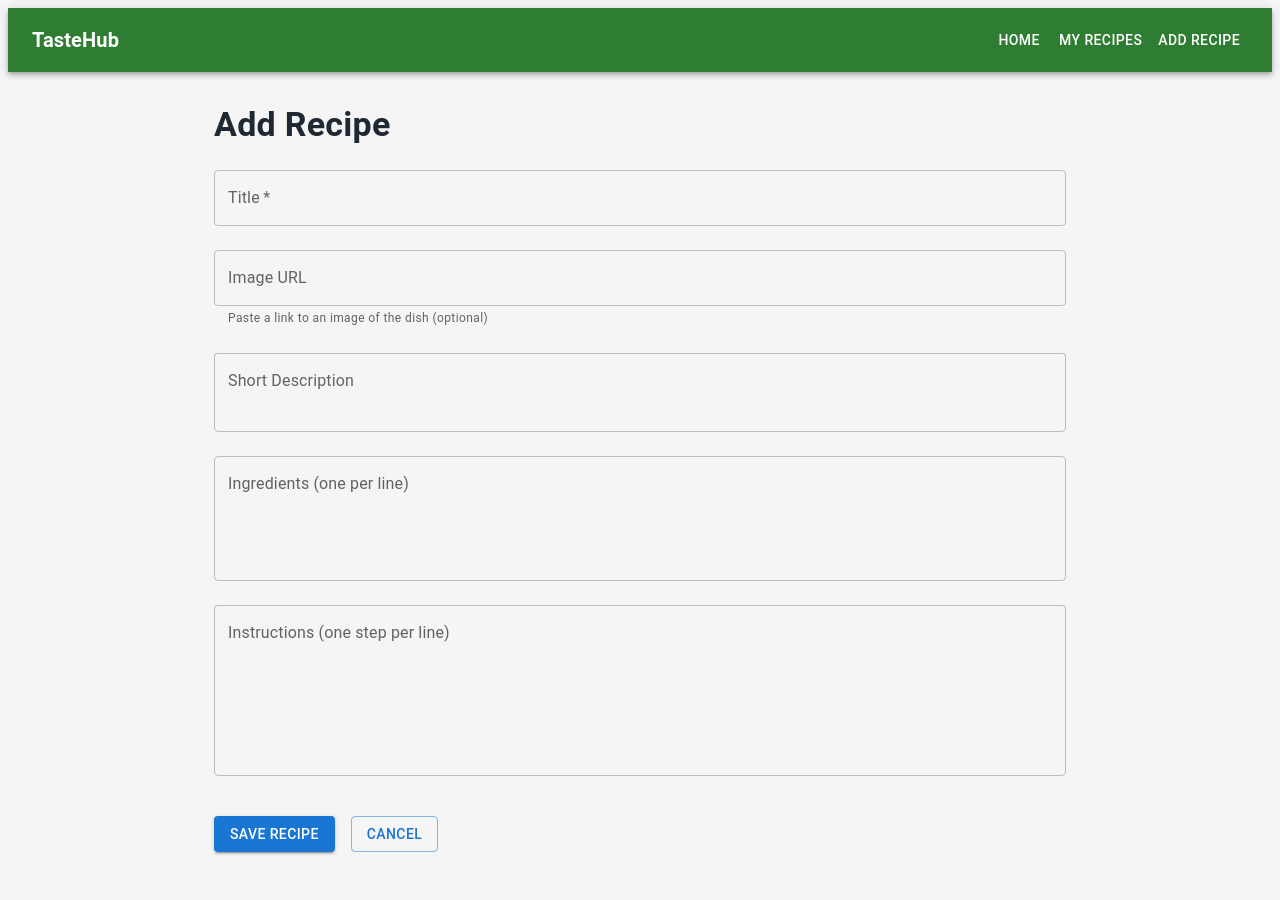
Repository: PabloVega7/TasteHub-Milestone03
Page: /add-recipe
An editor plug-in stored every save of this project. The page is shown before and after the next save, followed by the edit.
The browser window is 1280 px wide. The pictures show the whole page.
The project was rebuilt for these pictures with package versions that can differ from the ones it lists, and the page was loaded fresh each time. Also part of the build but not shown: vite.config.js, src/components/RecipeCard.jsx, src/pages/Home.jsx, src/pages/RecipeDetails.jsx, src/pages/MyRecipes.jsx, src/pages/EditRecipe.jsx.

Above is the page before, as saved 2025-11-29 14:22:26.

### index.html
<!doctype html>
<html lang="en">
  <head>
    <meta charset="UTF-8" />
    <link rel="icon" type="image/svg+xml" href="/vite.svg" />
    <meta name="viewport" content="width=device-width, initial-scale=1.0" />
    <title>tastehub</title>
  </head>
  <body>
    <div id="root"></div>
    <script type="module" src="/src/main.jsx"></script>
  </body>
</html>

### src/App.jsx
// src/App.jsx
import { BrowserRouter as Router, Routes, Route } from "react-router-dom";
import Navbar from "./components/Navbar";
import Home from "./pages/Home";
import RecipeDetails from "./pages/RecipeDetails";
import MyRecipes from "./pages/MyRecipes";
import AddRecipe from "./pages/AddRecipe";
import EditRecipe from "./pages/EditRecipe";
import { RecipesProvider } from "./context/RecipesContext";

function App() {
  return (
    <RecipesProvider>
      <Router>
        <Navbar />
        <Routes>
          <Route path="/" element={<Home />} />
          <Route path="/recipe/:id" element={<RecipeDetails />} />
          <Route path="/my-recipes" element={<MyRecipes />} />
          <Route path="/add-recipe" element={<AddRecipe />} />
          <Route path="/edit-recipe/:id" element={<EditRecipe />} />
        </Routes>
      </Router>
    </RecipesProvider>
  );
}

export default App;

### src/index.css
:root {
  font-family: system-ui, -apple-system, BlinkMacSystemFont, "Segoe UI",
    sans-serif;
  line-height: 1.5;
  color: #1f2933;
  background-color: #f5f5f5;
}

body {
  margin: 20;
  min-height: 100vh;
}

#root {
  min-height: 100vh;
}

### src/components/Navbar.jsx
import AppBar from "@mui/material/AppBar";
import Box from "@mui/material/Box";
import Toolbar from "@mui/material/Toolbar";
import Typography from "@mui/material/Typography";
import Button from "@mui/material/Button";
import { Link } from "react-router-dom";

export default function Navbar() {
  return (
    <Box sx={{ flexGrow: 1, mb: 2 }}>
      <AppBar position="static" sx={{ backgroundColor: "#2e7d32" }}>
        <Toolbar>
          {/* Logo / App Name */}
          <Typography
            variant="h6"
            component="div"
            sx={{ flexGrow: 1, fontWeight: 600 }}>
            TasteHub
          </Typography>

          {/* Navigation Buttons */}
          <Button color="inherit" component={Link} to="/">
            Home
          </Button>

          <Button color="inherit" component={Link} to="/my-recipes">
            My Recipes
          </Button>

          <Button color="inherit" component={Link} to="/add-recipe">
            Add Recipe
          </Button>
        </Toolbar>
      </AppBar>
    </Box>
  );
}

### src/pages/AddRecipe.jsx
import { useState } from "react";
import {
  Container,
  Typography,
  TextField,
  Button,
  Box,
  Stack,
} from "@mui/material";
import { useNavigate } from "react-router-dom";
import { useRecipes } from "../context/RecipesContext";

export default function AddRecipe() {
  const { addRecipe } = useRecipes();
  const navigate = useNavigate();

  const [title, setTitle] = useState("");
  const [image, setImage] = useState("");
  const [shortDescription, setShortDescription] = useState("");
  const [ingredientsText, setIngredientsText] = useState("");
  const [instructionsText, setInstructionsText] = useState("");

  const handleSubmit = (e) => {
    e.preventDefault();

    if (!title.trim()) {
      alert("Please enter a recipe title.");
      return;
    }

    const newId = addRecipe({
      title: title.trim(),
      image: image.trim(),
      shortDescription: shortDescription.trim(),
      // store as raw text; details page knows how to split it into lists
      ingredients: ingredientsText,
      instructions: instructionsText,
    });

    navigate(`/recipe/${newId}`);
  };

  return (
    <Container maxWidth="md" sx={{ mt: 4, mb: 6 }}>
      <Typography variant="h4" fontWeight={700} mb={3}>
        Add Recipe
      </Typography>

      <Box
        component="form"
        onSubmit={handleSubmit}
        sx={{ display: "flex", flexDirection: "column", gap: 3 }}>
        <TextField
          label="Title"
          fullWidth
          value={title}
          onChange={(e) => setTitle(e.target.value)}
          required
        />

        <TextField
          label="Image URL"
          fullWidth
          value={image}
          onChange={(e) => setImage(e.target.value)}
          helperText="Paste a link to an image of the dish (optional)"
        />

        <TextField
          label="Short Description"
          fullWidth
          multiline
          minRows={2}
          value={shortDescription}
          onChange={(e) => setShortDescription(e.target.value)}
        />

        <TextField
          label="Ingredients (one per line)"
          fullWidth
          multiline
          minRows={4}
          value={ingredientsText}
          onChange={(e) => setIngredientsText(e.target.value)}
        />

        <TextField
          label="Instructions (one step per line)"
          fullWidth
          multiline
          minRows={6}
          value={instructionsText}
          onChange={(e) => setInstructionsText(e.target.value)}
        />

        <Stack direction="row" spacing={2} sx={{ mt: 2 }}>
          <Button type="submit" variant="contained">
            Save Recipe
          </Button>
          <Button variant="outlined" onClick={() => navigate(-1)}>
            Cancel
          </Button>
        </Stack>
      </Box>
    </Container>
  );
}

### src/context/RecipesContext.jsx
// src/context/RecipesContext.jsx
import { createContext, useContext, useState } from "react";

const RecipesContext = createContext();

const initialRecipes = [
  {
    id: "1",
    title: "Spaghetti Carbonara",
    image: "https://www.themealdb.com/images/media/meals/llcbn01574260722.jpg",
    shortDescription:
      "Classic Italian pasta with eggs, cheese, pancetta, and black pepper.",
    ingredients: [
      "200g spaghetti",
      "2 eggs",
      "50g pancetta",
      "30g grated Parmesan cheese",
      "Salt & black pepper",
    ],
    instructions: [
      "Boil the pasta in salted water until al dente.",
      "Cook pancetta in a pan until crispy.",
      "Whisk eggs and Parmesan together in a bowl.",
      "Drain pasta, keeping a bit of the cooking water.",
      "Combine pasta with pancetta, remove from heat, then stir in egg mixture.",
      "Season with salt and plenty of black pepper.",
    ],
  },
  {
    id: "2",
    title: "Chicken Teriyaki",
    image: "https://www.themealdb.com/images/media/meals/wvpsxx1468256321.jpg",
    shortDescription:
      "Pan-seared chicken in a sweet and savoury teriyaki glaze.",
    ingredients: [
      "2 chicken thighs",
      "3 tbsp soy sauce",
      "2 tbsp mirin",
      "1 tbsp sugar",
      "1 tbsp vegetable oil",
      "Sesame seeds & green onions (optional)",
    ],
    instructions: [
      "Mix soy sauce, mirin, and sugar to make the teriyaki sauce.",
      "Heat oil in a pan and sear chicken thighs on both sides.",
      "Pour sauce over the chicken and let it simmer until thick and glossy.",
      "Slice chicken and serve over rice with extra sauce.",
      "Garnish with sesame seeds and chopped green onions.",
    ],
  },
  {
    id: "3",
    title: "Beef Stir Fry",
    image: "https://www.themealdb.com/images/media/meals/wrssvt1511556563.jpg",
    shortDescription:
      "Quick stir-fried beef with vegetables in a savoury sauce.",
    ingredients: [
      "250g beef strips",
      "1 red bell pepper",
      "1 cup broccoli florets",
      "2 tbsp soy sauce",
      "1 tbsp oyster sauce",
      "1 tsp cornstarch",
      "1 clove garlic",
      "1 tbsp oil",
    ],
    instructions: [
      "Slice beef and vegetables into thin strips.",
      "Mix soy sauce, oyster sauce, and cornstarch with a splash of water.",
      "Stir-fry beef in hot oil until browned, then remove from pan.",
      "Stir-fry vegetables and garlic until crisp-tender.",
      "Return beef to pan, pour in sauce, and cook until thickened.",
      "Serve immediately with steamed rice.",
    ],
  },
];

export function RecipesProvider({ children }) {
  const [recipes, setRecipes] = useState(initialRecipes);

  const addRecipe = (recipeData) => {
    const newId = Date.now().toString();
    const newRecipe = { id: newId, ...recipeData };
    setRecipes((prev) => [...prev, newRecipe]);
    return newId; // callers can navigate to /recipe/newId
  };

  const updateRecipe = (id, updates) => {
    setRecipes((prev) =>
      prev.map((recipe) =>
        recipe.id.toString() === id.toString()
          ? { ...recipe, ...updates }
          : recipe
      )
    );
  };

  const deleteRecipe = (id) => {
    setRecipes((prev) =>
      prev.filter((recipe) => recipe.id.toString() !== id.toString())
    );
  };

  const getRecipeById = (id) =>
    recipes.find((recipe) => recipe.id.toString() === id.toString());

  return (
    <RecipesContext.Provider
      value={{ recipes, addRecipe, updateRecipe, deleteRecipe, getRecipeById }}>
      {children}
    </RecipesContext.Provider>
  );
}

export function useRecipes() {
  const context = useContext(RecipesContext);
  if (!context) {
    throw new Error("useRecipes must be used within a RecipesProvider");
  }
  return context;
}

Loaded but not shown: src/main.jsx (common file)

After the next save:
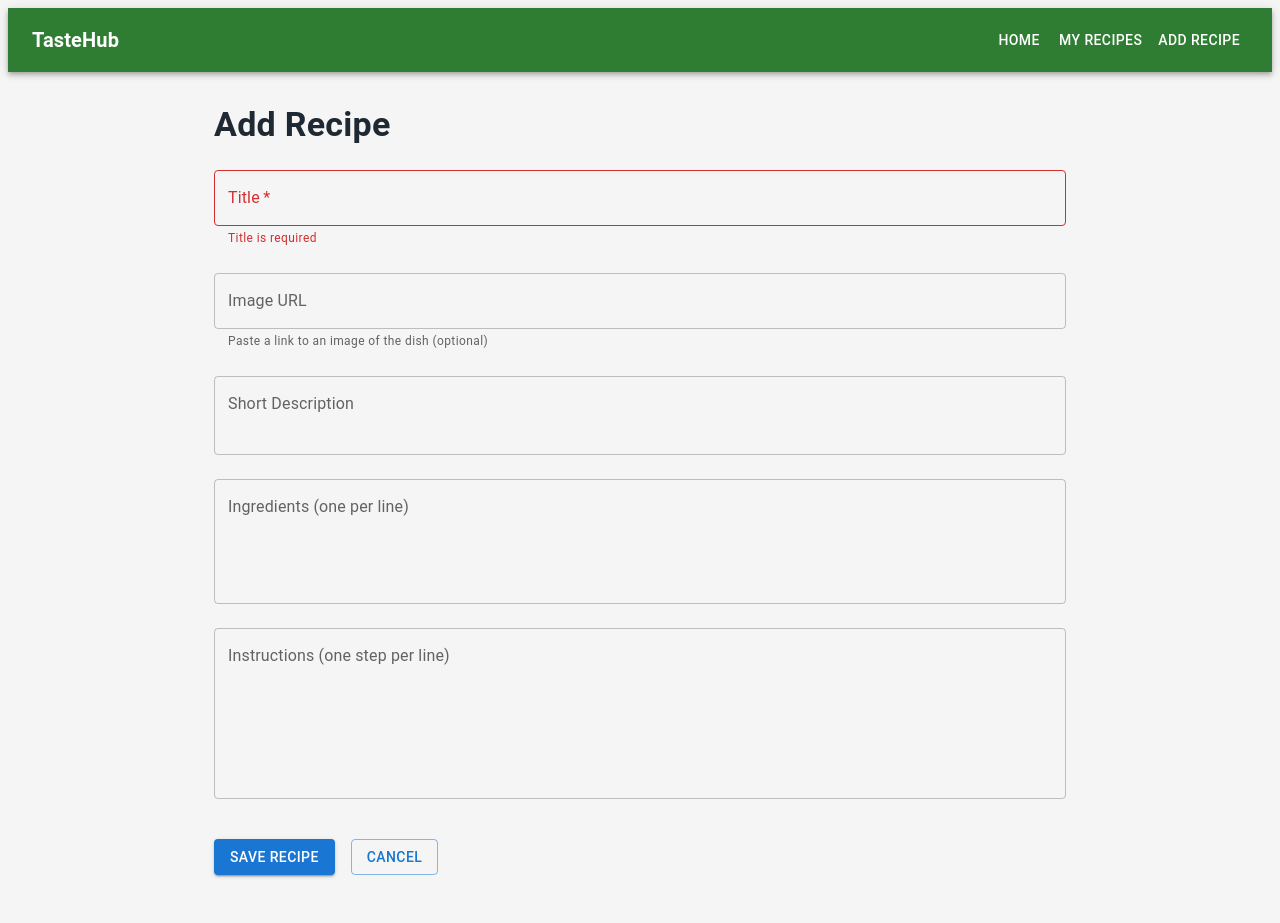
Saved 25 s later.
--- a/src/pages/AddRecipe.jsx
+++ b/src/pages/AddRecipe.jsx
@@ -24,6 +24,7 @@ export default function AddRecipe() {
     e.preventDefault();
 
     if (!title.trim()) {
+      // inline error already shown, this is just extra
       alert("Please enter a recipe title.");
       return;
     }
@@ -32,13 +33,14 @@ export default function AddRecipe() {
       title: title.trim(),
       image: image.trim(),
       shortDescription: shortDescription.trim(),
-      // store as raw text; details page knows how to split it into lists
       ingredients: ingredientsText,
       instructions: instructionsText,
     });
 
     navigate(`/recipe/${newId}`);
   };
+
+  const titleIsEmpty = !title.trim();
 
   return (
     <Container maxWidth="md" sx={{ mt: 4, mb: 6 }}>
@@ -56,6 +58,8 @@ export default function AddRecipe() {
           value={title}
           onChange={(e) => setTitle(e.target.value)}
           required
+          error={titleIsEmpty}
+          helperText={titleIsEmpty ? "Title is required" : ""}
         />
 
         <TextField
